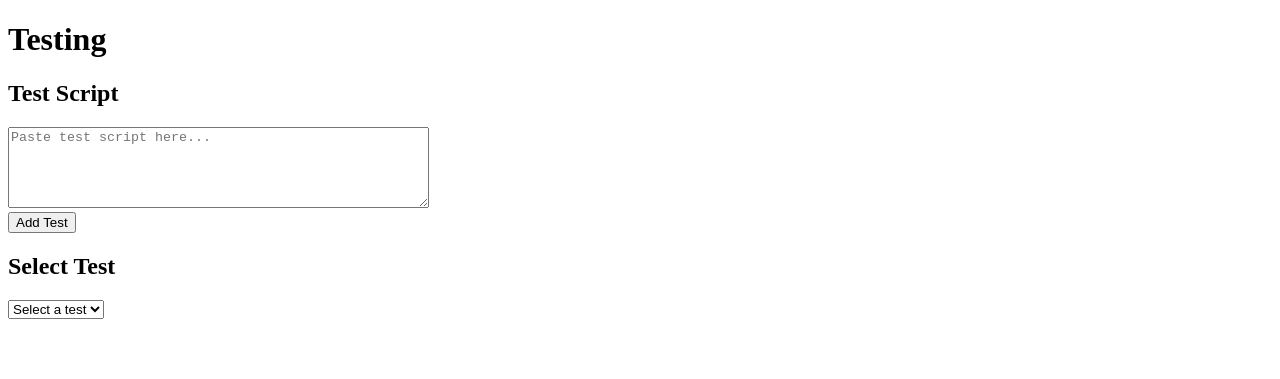
Repository: Adeolaode0/Audit-Flow-AI
Page: http://localhost/
These files come from the project's save history. The page is drawn as it stood at one moment and after the next save; the edit follows.
The browser window is 1280 px wide. The pictures show the whole page.
The page is served by the project's application, run on Flask 3 (app.py).

Above is the page before, as saved 2025-07-11 01:15:10.

### templates/index.html
<!DOCTYPE html>
<html lang="en">
<head>
    <meta charset="UTF-8">
    <meta name="viewport" content="width=device-width, initial-scale=1.0">
    <title>Testing</title>
</head>
<body>
    <h1>Testing</h1>

    <section>
        <h2>Test Script</h2>
        <textarea id="test-script" rows="5" cols="50" placeholder="Paste test script here..."></textarea><br>
        <button onclick="addTest()">Add Test</button>
    </section>

    <section>
        <h2>Select Test</h2>
        <select id="test-dropdown">
            <option value="" disabled selected>Select a test</option>
            <!-- Dropdown options will be dynamically added -->
        </select>
    </section>

    <script>
        const testDropdown = document.getElementById("test-dropdown");

        function addTest() {
            const testScript = document.getElementById("test-script").value;
            if (testScript) {
                const option = document.createElement("option");
                option.text = testScript;
                testDropdown.add(option);
                document.getElementById("test-script").value = ""; // Clear the textarea
            } else {
                alert("Please enter a test script.");
            }
        }
    </script>
</body>
</html>

### app.py
from flask import Flask, request, jsonify, render_template
import openai
import os
from dotenv import load_dotenv

# Load environment variables
load_dotenv()
openai.api_key = os.getenv("OPENAI_API_KEY")

app = Flask(__name__)

@app.route("/")
def index():
    return render_template("index.html")

@app.route("/testing")
def testing():
    return render_template("testing.html")

@app.route("/api/explain", methods=["POST"])
def explain_control():
    try:
        data = request.json
        control_description = data.get("control_description", "")

        if not control_description:
            return jsonify({"error": "Control description is required"}), 400

        response = openai.ChatCompletion.create(
            model="gpt-4",
            messages=[
                {"role": "system", "content": "You are a helpful assistant that explains concepts in simple terms."},
                {"role": "user", "content": f"Explain the following control description in a way a 5th grader can understand: {control_description}"}
            ]
        )

        explanation = response["choices"][0]["message"]["content"]
        return jsonify({"explanation": explanation})

    except Exception as e:
        return jsonify({"error": str(e)}), 500

@app.route("/api/rewrite-walkthrough", methods=["POST"])
def rewrite_walkthrough():
    try:
        data = request.json
        control_description = data.get("control_description", "")
        walkthrough_discussion = data.get("walkthrough_discussion", "")

        if not control_description or not walkthrough_discussion:
            return jsonify({"error": "Both control description and walkthrough discussion are required"}), 400

        response = openai.ChatCompletion.create(
            model="gpt-4",
            messages=[
                {"role": "system", "content": "You are a helpful assistant that rewrites discussions into clean audit narratives."},
                {"role": "user", "content": f"Rewrite the following walkthrough discussion into a clean audit narrative based on this control description:\n\nControl Description: {control_description}\n\nWalkthrough Discussion: {walkthrough_discussion}"}
            ]
        )

        narrative = response["choices"][0]["message"]["content"]
        return jsonify({"narrative": narrative})

    except Exception as e:
        return jsonify({"error": str(e)}), 500

if __name__ == "__main__":
    print("Starting Flask app...")
    app.run(host="0.0.0.0", port=5000, debug=True)

After the next save:
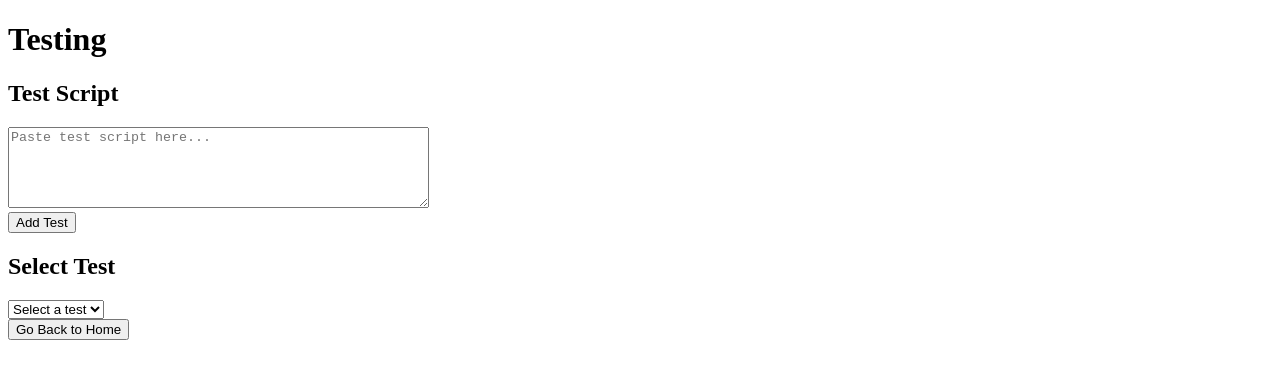
Saved 4 min 37 s later.
--- a/templates/index.html
+++ b/templates/index.html
@@ -22,6 +22,10 @@
         </select>
     </section>
 
+    <section>
+        <button onclick="goHome()">Go Back to Home</button>
+    </section>
+
     <script>
         const testDropdown = document.getElementById("test-dropdown");
 
@@ -36,6 +40,10 @@
                 alert("Please enter a test script.");
             }
         }
+
+        function goHome() {
+            window.location.href = "/";
+        }
     </script>
 </body>
 </html>
